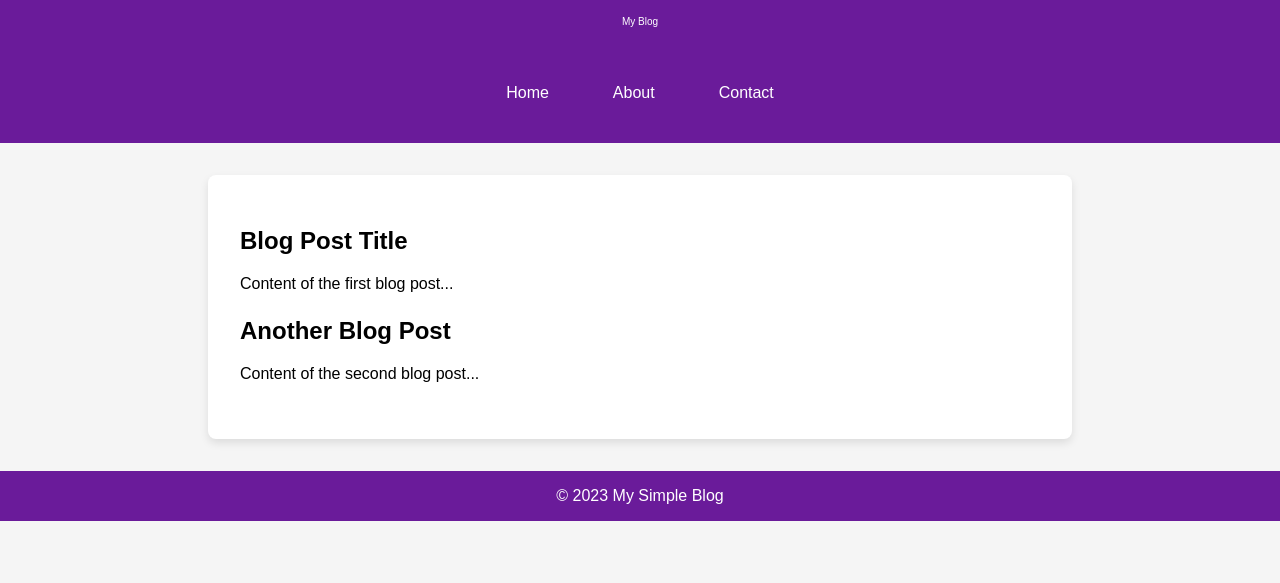
Repository: Femi007-gh/BLOG
Page: index.html
An editor plug-in stored every save of this project. The page is shown before and after a run of saves, followed by the edit.
The browser window is 1280 px wide. The pictures show the whole page.

Above is the page before, as saved 2025-01-08 09:21:57.

### index.html
<html>
  <head>
    <title>My Blog</title>
    <link rel="stylesheet" href="style.css">
  </head>
  <body>
    <header>My Blog</header>
    <nav>
      <ul>
        <li><a href="#">Home</a></li>
        <li><a href="#">About</a></li>
        <li><a href="#">Contact</a></li>
      </ul>
    </nav>
    <div class="container">
      <div class="blog-post">
        <h2>Blog Post Title</h2>
        <p>Content of the first blog post...</p>
      </div>
      <div class="blog-post">
        <h2>Another Blog Post</h2>
        <p>Content of the second blog post...</p>
      </div>
    </div>
    <footer>
      &copy; 2023 My Simple Blog
    </footer>
  </body>
  </html>

### style.css
body {
  margin: 0;
  font-family: Arial, sans-serif;
  background-color: #f5f5f5;
}

header {
  background-color: #6a1b9a;
  color: white;
  text-align: center;
  padding: 1rem;
  font-size: 10px;
}

nav {
  background-color: #6a1b9a;
  height: 100px;
  display: flex;
  flex-direction: column;
  justify-content: center;
  align-items: center;
  color: white;
}

ul {
  list-style: none;
  margin: 0;
  padding: 0;
  display: flex;
  justify-content: center;
}

li {
  margin: 0 1rem;
}

a {
  color: white;
  text-decoration: none;
  font-family: Arial, sans-serif;
  padding: 0.5rem 1rem;
  display: block;
}

a:hover {
  background-color: #4a148c;
  border-radius: 4px;
}

.container {
  margin: 2rem auto;
  max-width: 800px;
  background-color: white;
  border-radius: 8px;
  padding: 2rem;
  box-shadow: 0 4px 8px rgba(0, 0, 0, 0.1);
}

.blog-post {
  margin-bottom: 1.5rem;
}

footer {
  background-color: #6a1b9a;
  color: white;
  text-align: center;
  padding: 1rem 0;
  margin-top: 2rem;
}

After the next 2 saves:
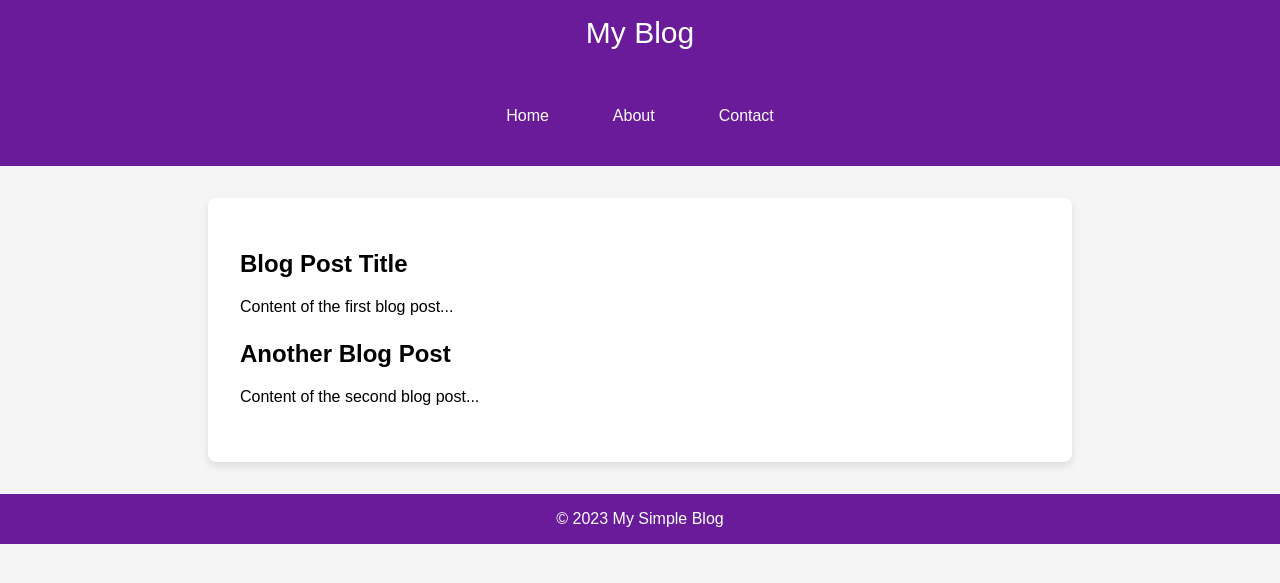
The 2 saves are shown as one change because they came seconds apart.
The last was saved 12 s later.
--- a/style.css
+++ b/style.css
@@ -9,7 +9,7 @@ header {
   color: white;
   text-align: center;
   padding: 1rem;
-  font-size: 10px;
+  font-size: 30px;
 }
 
 nav {
